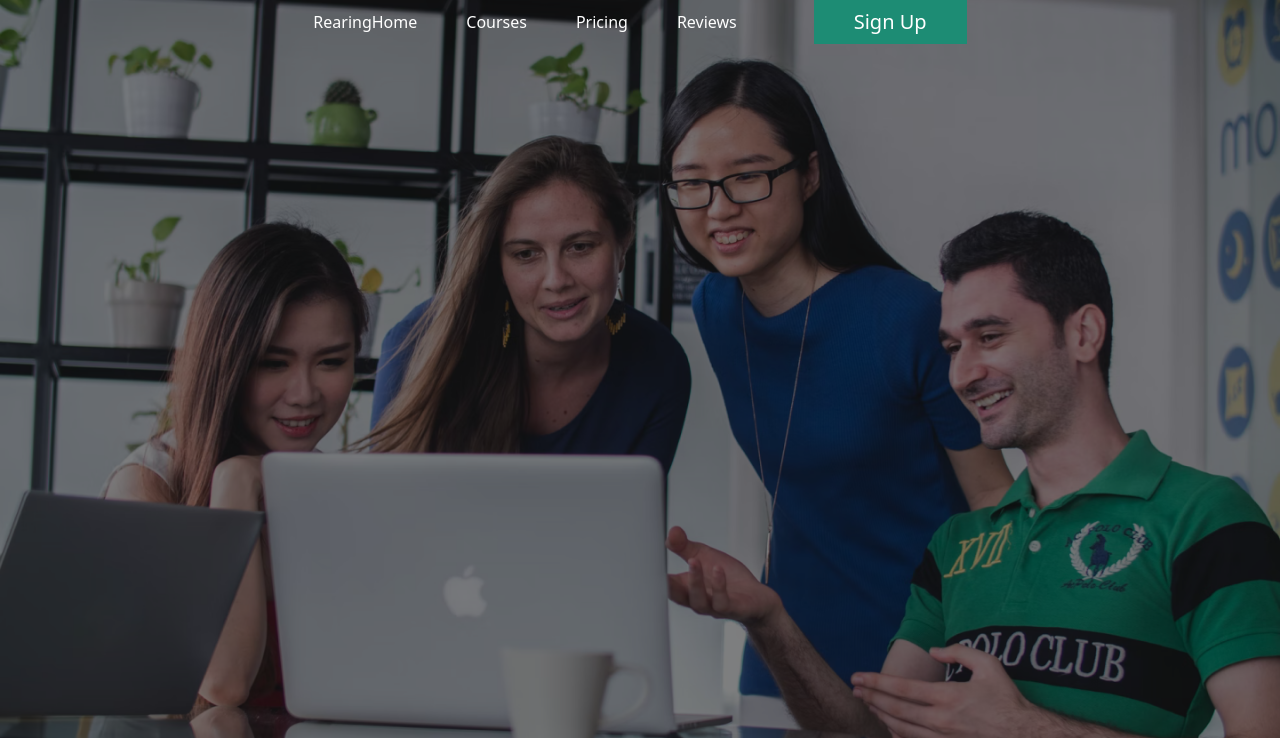
Repository: vandangnhathung/educationplatform
Page: /
An editor plug-in stored every save of this project. The page is shown before and after the next save, followed by the edit.
The browser window is 1280 px wide. The pictures show the whole page.
The project was rebuilt for these pictures with package versions that can differ from the ones it lists, and the page was loaded fresh each time.

Above is the page before, as saved 2022-06-20 14:34:34.

### src/index.js
import React from "react";
import ReactDOM from "react-dom/client";
import App from "./App";
import reportWebVitals from "./reportWebVitals";
import "./index.css";
const root = ReactDOM.createRoot(document.getElementById("root"));
root.render(
  <React.StrictMode>
    <App />
  </React.StrictMode>
);

// If you want to start measuring performance in your app, pass a function
// to log results (for example: reportWebVitals(console.log))
// or send to an analytics endpoint. Learn more: https://bit.ly/CRA-vitals
reportWebVitals();

### src/App.js
import Header from "./components/Header";

function App() {
  return (
    <>
      <Header></Header>
    </>
  );
}

export default App;

### src/index.css
@tailwind base;
@tailwind components;
@tailwind utilities;

*,
*::before,
*::after {
  box-sizing: border-box;
}
* {
  margin: 0;
  padding: 0;
}

html,
body {
  height: 100%;
}
body {
  line-height: 1.5;
}

img,
picture,
video,
canvas,
svg {
  display: block;
  max-width: 100%;
}
input,
button,
textarea,
select {
  font: inherit;
  outline: none;
}
p,
h1,
h2,
h3,
h4,
h5,
h6 {
  overflow-wrap: break-word;
}

.container {
    max-width: 1440px;
    margin: 0 auto;
}

### src/components/Header.js
import React, { useEffect } from "react";
import headerImg from "../images/Images.png";
const Header = () => {
  const headerNav = [
    {
      id: 1,
      title: "Home",
    },
    {
      id: 2,
      title: "Courses",
    },
    {
      id: 3,
      title: "Pricing",
    },
    {
      id: 4,
      title: "Reviews",
    },
  ];
  return (
    <header>
      <div className="relative">
        <img src={headerImg} alt="header_img" className="w-full" />
        <div className="absolute inset-0 bg-black opacity-50"></div>
        <div class="absolute top-0  container">
          <div className="text-white flex items-center justify-center">
            <div className="">Rearing</div>
            <div className="flex items-center justify-center">
              <nav className="mr-[77px]">
                <ul className="flex items-center justify-center gap-x-[49px] ">
                  {headerNav.map((item) => (
                    <li key={item.id}>{item.title}</li>
                  ))}
                </ul>
              </nav>
              <button className="py-2 px-10 bg-[#1D8C74] text-white text-xl ">
                Sign Up
              </button>
            </div>
          </div>
        </div>
      </div>
    </header>
  );
};

export default Header;

Loaded but not shown: public/index.html (common file); src/reportWebVitals.js (common file); tailwind.config.js (common file)

After the next save:
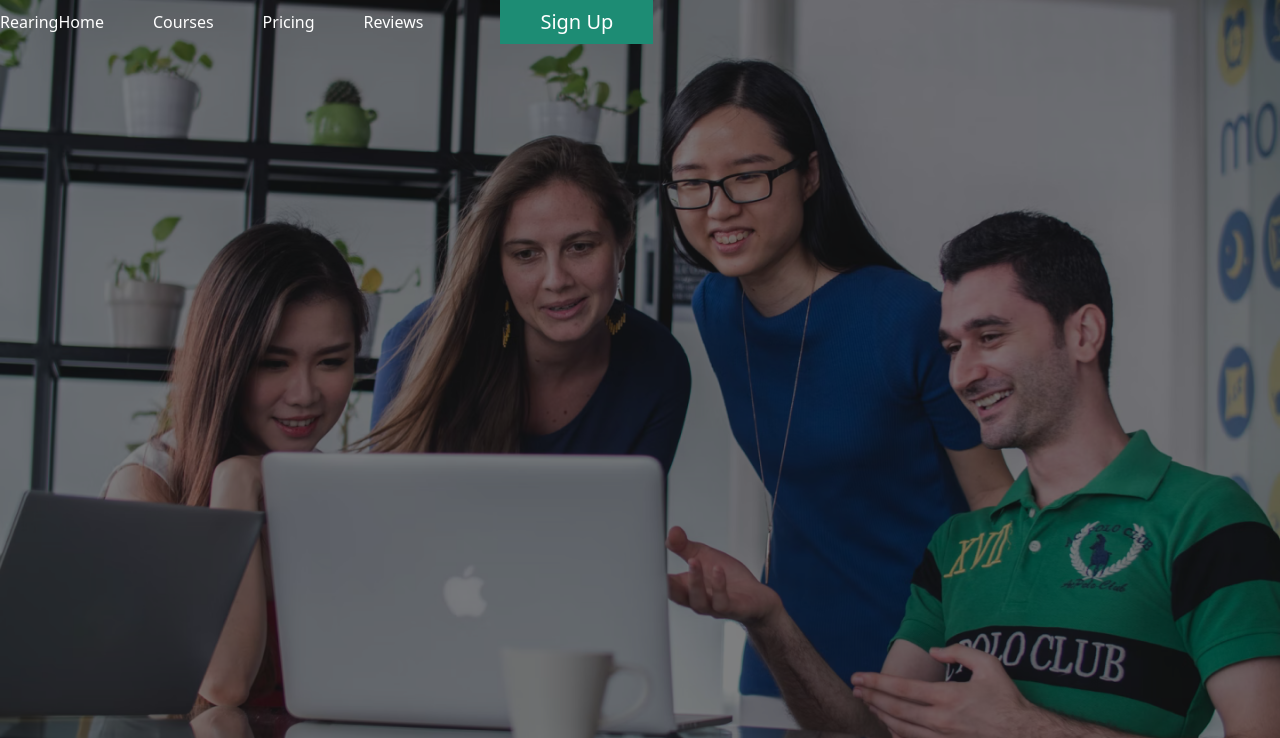
Saved 19 s later.
--- a/src/components/Header.js
+++ b/src/components/Header.js
@@ -24,7 +24,7 @@ const Header = () => {
       <div className="relative">
         <img src={headerImg} alt="header_img" className="w-full" />
         <div className="absolute inset-0 bg-black opacity-50"></div>
-        <div class="absolute top-0  container">
+        <div class="absolute top-0 ">
           <div className="text-white flex items-center justify-center">
             <div className="">Rearing</div>
             <div className="flex items-center justify-center">
